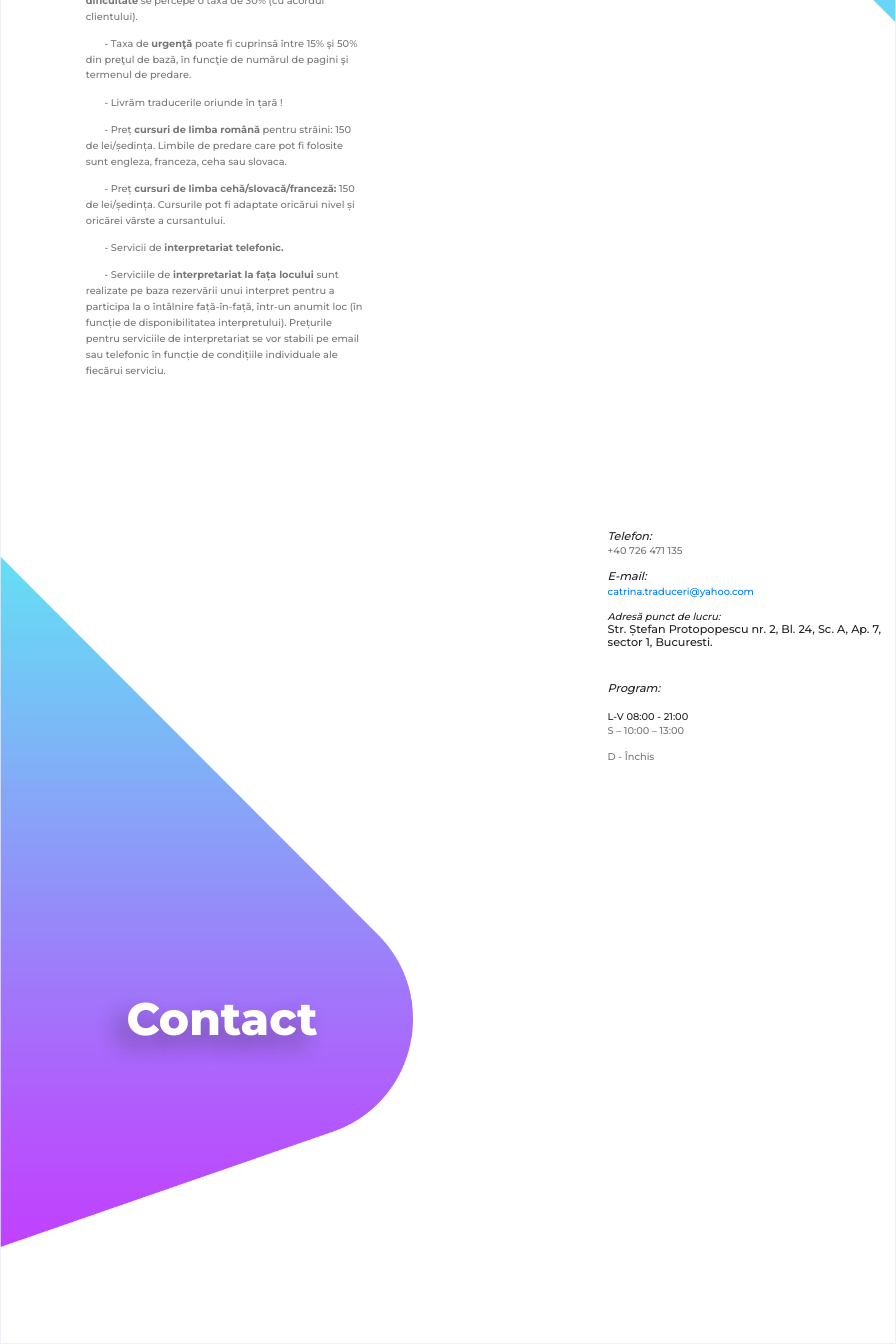
Repository: roscaImarius/site_traduceri
Page: index.html
An editor plug-in stored every save of this project. The page is shown before and after the next save, followed by the edit.
The browser window is 1280 px wide. The pictures show the part of the page from y = 4490 to 6410 px (the page is 6410 px tall), at 70% of full size.

Above is the page before, as saved 2022-03-22 03:42:18.

After the next save:
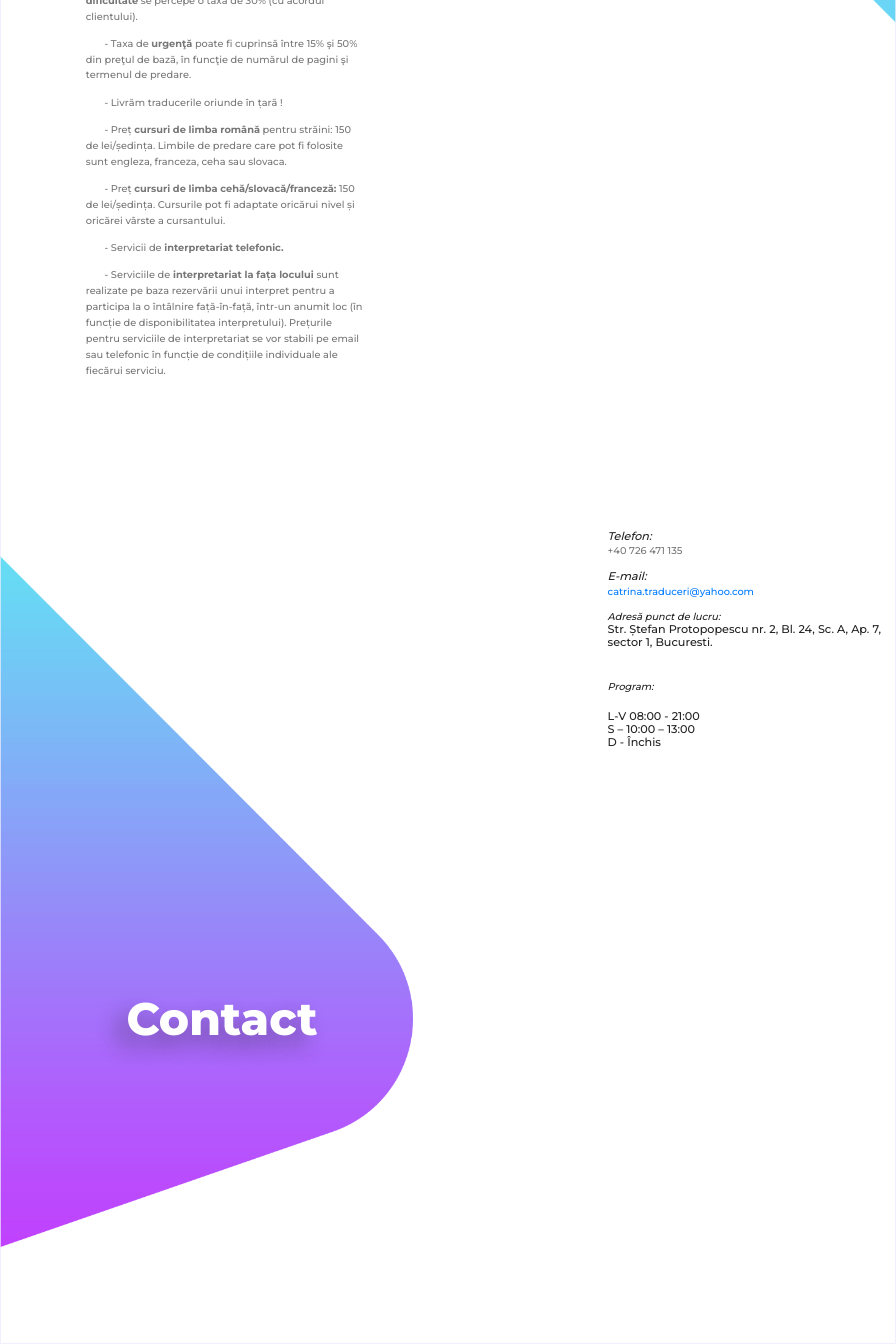
Saved 26 s later.
--- a/index.html
+++ b/index.html
@@ -362,10 +362,10 @@
               <br>
               <br>
 
-              <h5><i>Program:</i></h5><br>
-              <h6>L-V 08:00 - 21:00 </h6>
-              <p>S – 10:00 – 13:00</p>
-              <p>D - Închis</p>
+              <h6><i>Program:</i></h6><br>
+              <h5>L-V 08:00 - 21:00 </h5>
+              <h5>S – 10:00 – 13:00</h5>
+              <h5>D - Închis</h5>
             </div>
 
 
